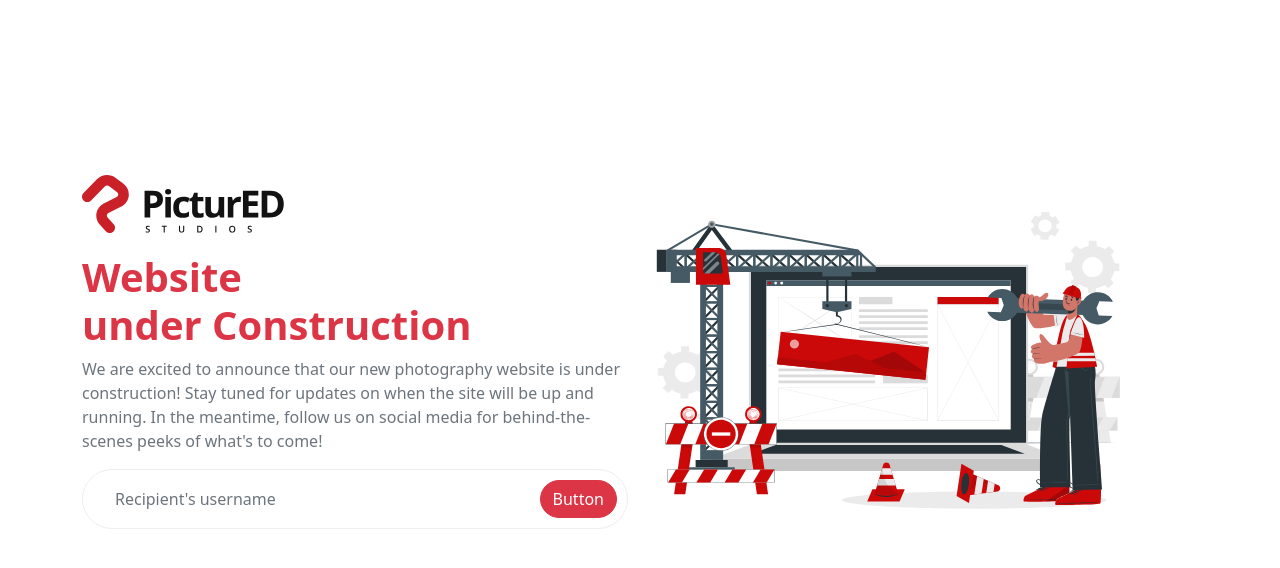
Repository: tHEO2k17/pictured
Page: /
The author's editor kept a copy of each file at every save. The page is drawn from the files as they stood at one save, then again after the next save.
The browser window is 1280 px wide. The pictures show the whole page.
The project was rebuilt for these pictures with package versions that can differ from the ones it lists, and the page was loaded fresh each time.

Above is the page before, as saved 2022-09-14 14:21:29.

After the next save:
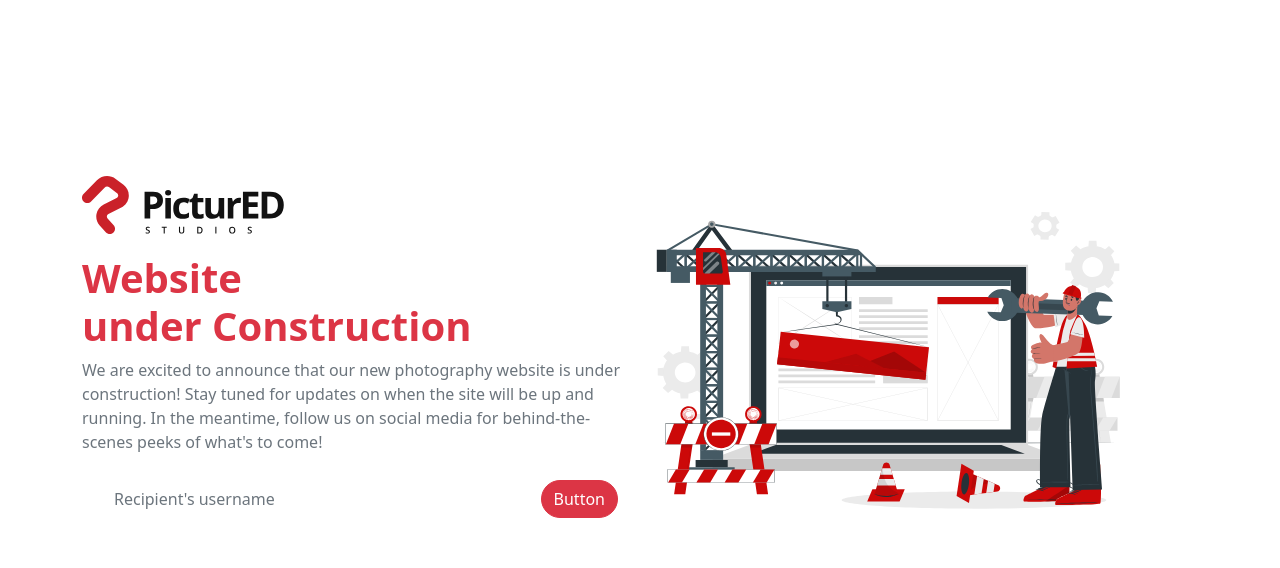
Saved 3 min 32 s later.
--- a/src/index.scss
+++ b/src/index.scss
@@ -1,7 +1,7 @@
 @import '~bootstrap/scss/bootstrap.scss';
 
 .input-group {
-  border: 1px solid #eee;
+  // border: 1px solid #eee;
   border-radius: 50px;
   padding: 10px 10px 10px 20px;
 }
